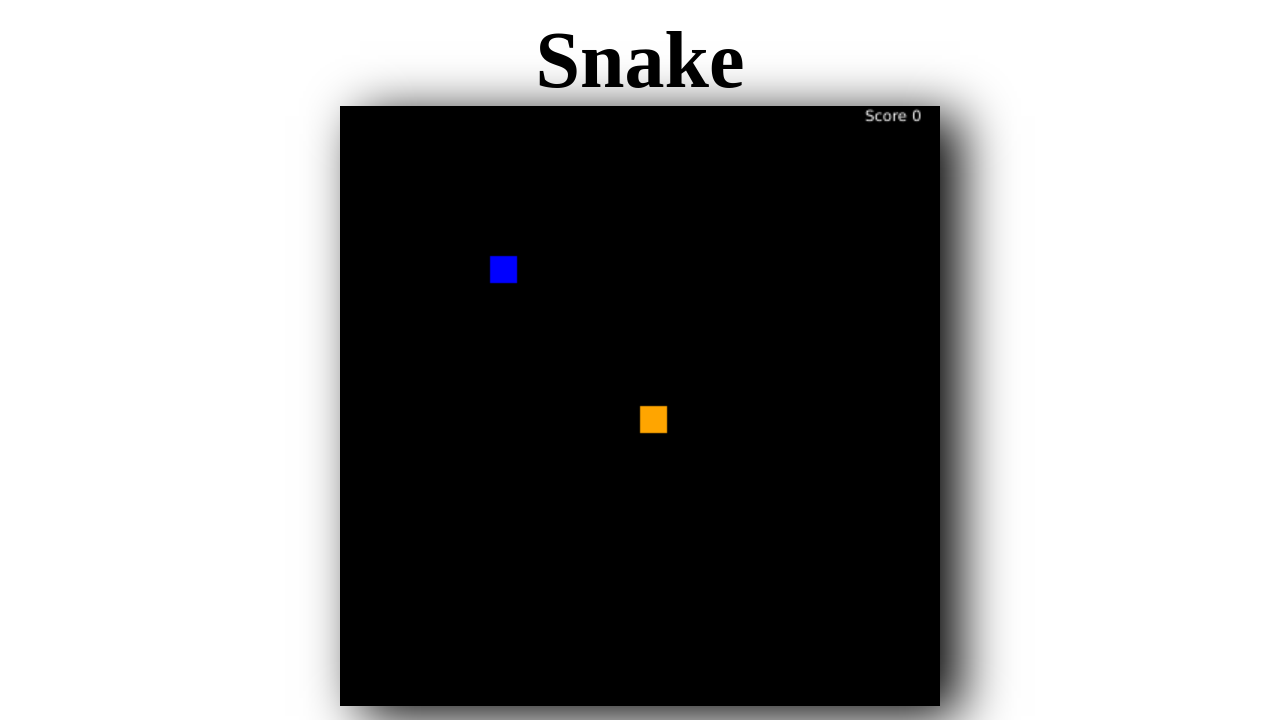
Repository: Ellisvelandia/snake
Page: index.html
These files come from the project's save history. The page is drawn as it stood at one moment and after the next save; the edit follows.
The browser window is 1280 px wide. The pictures show the whole page.

Above is the page before, as saved 2022-08-27 19:41:36.

After the next save:
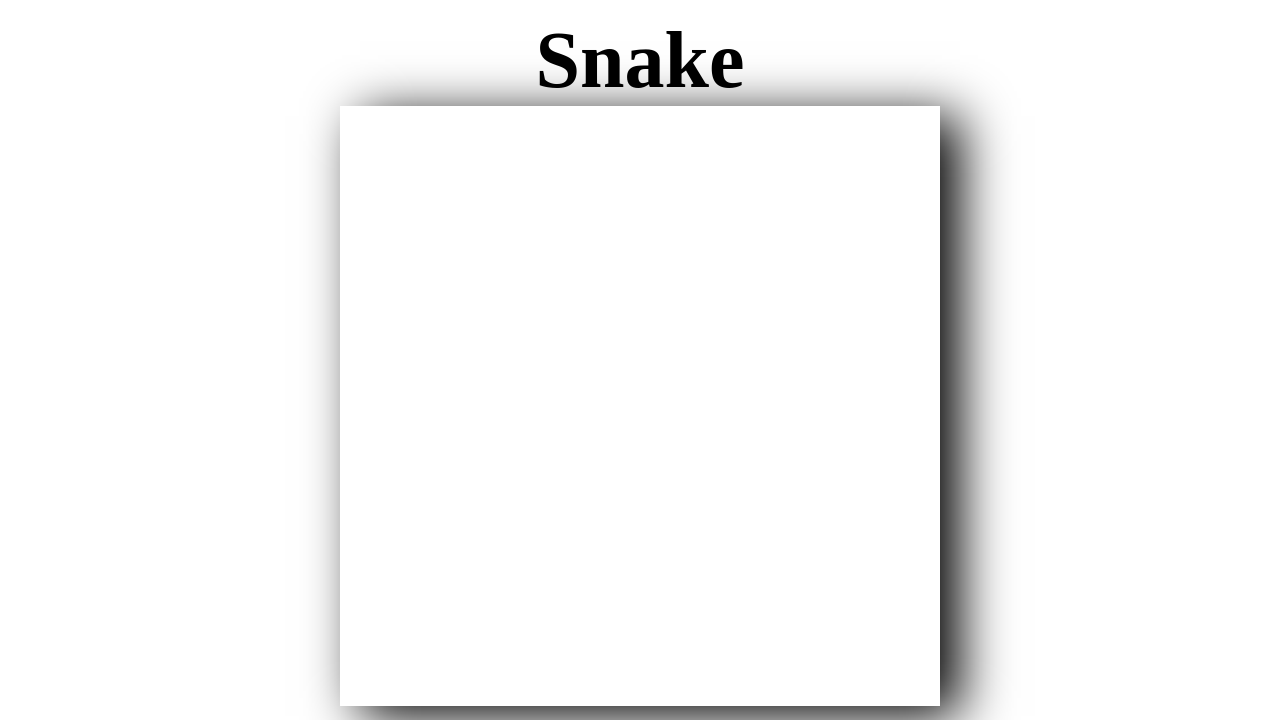
Console error: ReferenceError: drawGame is not defined
Saved 92 s later.
--- a/index.js
+++ b/index.js
@@ -27,18 +27,7 @@
 
 // game  loop
 
-function drawGame() {
-  clearScreen();
-  changeSnakePosition();
 
-  checkAppleCollision();
-  drawApple();
-  drawSnake();
-
-  drawScore();
-
-  setTimeout(drawGame, 1000 / speed);
-}
 
 function isGameOver() {
   let gameOver = false;

After the 3 saves that followed:
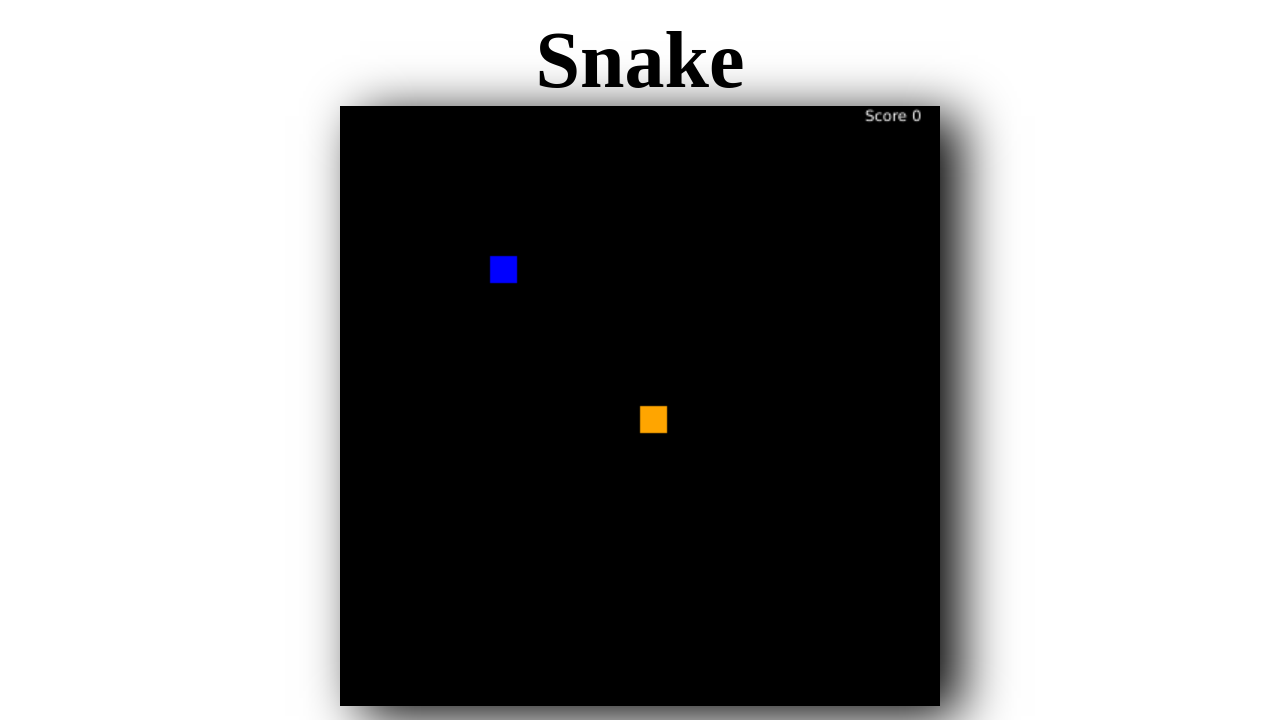
The error is gone.
The 3 saves are shown as one change because 1 left the picture as it was and some came seconds apart.
The last was saved 74 s later.
--- a/index.js
+++ b/index.js
@@ -12,6 +12,7 @@
 
 let tileCount = 20;
 let tileSize = canvas.width / tileCount - 2;
+
 let headX = 10;
 let headY = 10;
 const snakeParts = [];
@@ -20,6 +21,9 @@
 let appleX = 5;
 let appleY = 5;
 
+let inputsXVelocity = 0;
+let inputsYVelocity = 0;
+
 let xVelocity = 0;
 let yVelocity = 0;
 
@@ -27,7 +31,33 @@
 
 // game  loop
 
+function drawGame() {
+  xVelocity = inputsXVelocity;
+  yVelocity = inputsYVelocity;
 
+  changeSnakePosition();
+  let result = isGameOver();
+  if (result) {
+    return;
+  }
+
+  clearScreen();
+
+  checkAppleCollision();
+  drawApple();
+  drawSnake();
+
+  drawScore();
+
+  if (score > 5) {
+    speed = 9;
+  }
+  if (score > 10) {
+    speed = 11;
+  }
+
+  setTimeout(drawGame, 1000 / speed);
+}
 
 function isGameOver() {
   let gameOver = false;
